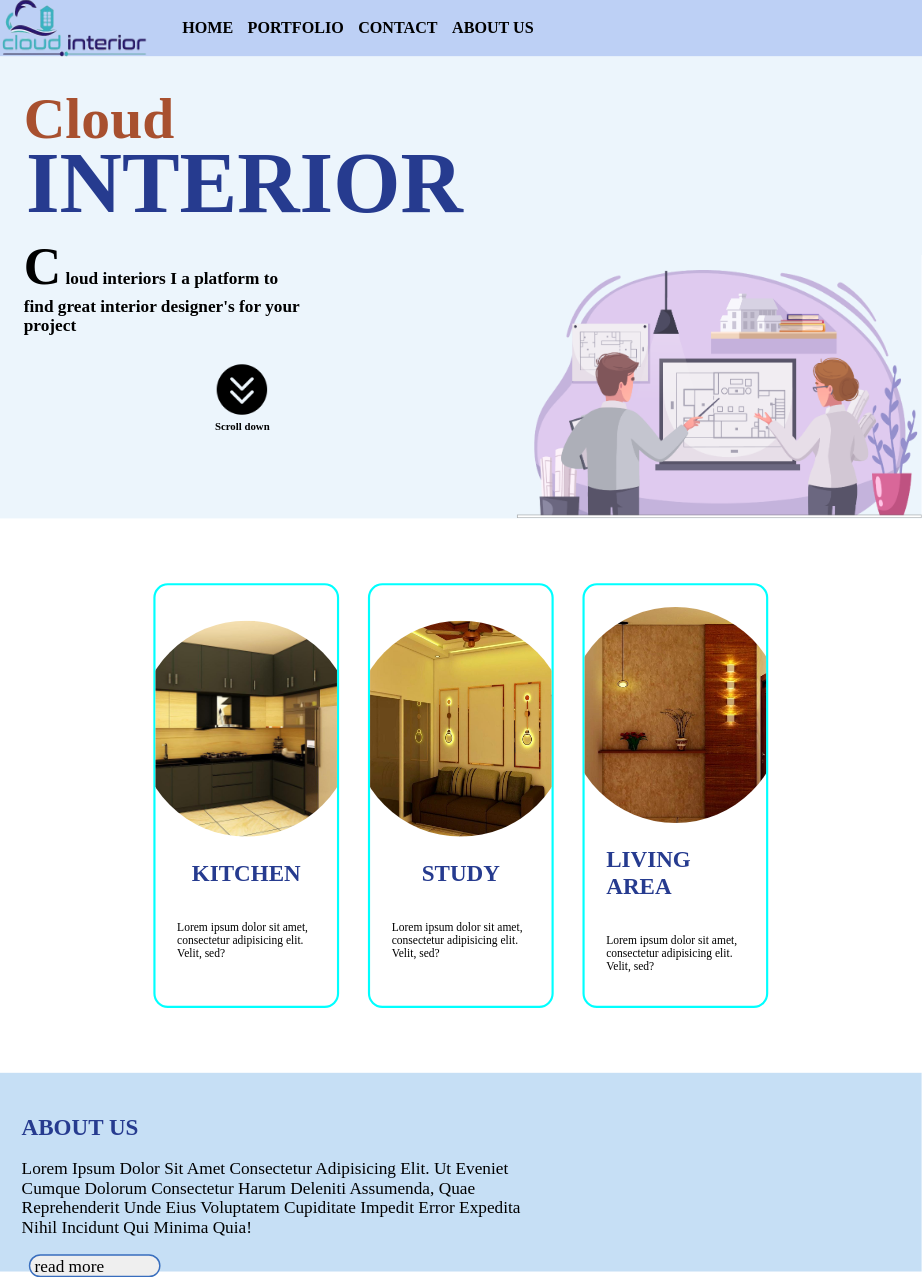
Repository: Ganavid/ganavidgowda.github.io
Page: cloud interior/‌index.html
An editor plug-in stored every save of this project. The page is shown before and after a run of saves, followed by the edit.
The browser window is 1280 px wide. The pictures show the whole page, at 72% of full size.

Above is the page before, as saved 2023-03-04 03:26:58.

After the next 2 saves:
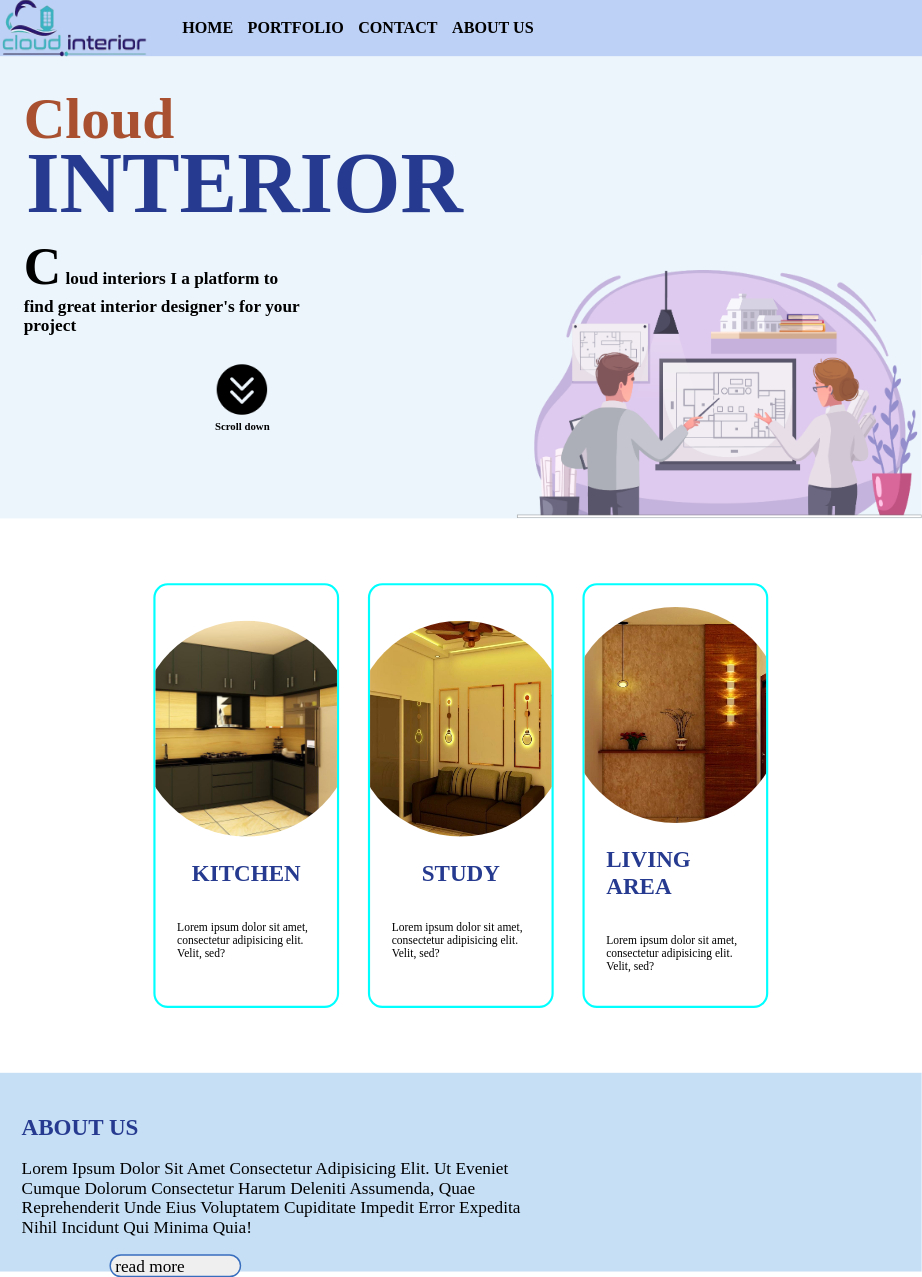
The 2 saves are shown as one change because they came seconds apart.
The last was saved 6 s later.
--- a/cloud interior/interial.css
+++ b/cloud interior/interial.css
@@ -209,5 +209,5 @@ nav{
     display: flex;
     align-items: center;
     justify-content: flex-start;
-    margin-left: 10px;
-}
+    margin-left: 10%;
+}
